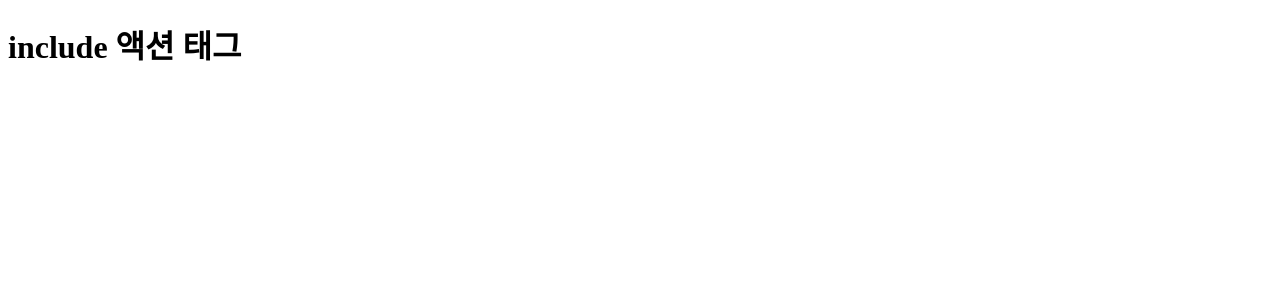
Repository: CheolHo-0428/JSP-Web-Programming
Page: http://localhost/JSPBook/ch04/include.jsp
The author's editor kept a copy of each file at every save. The page is drawn from the files as they stood at one save, then again after a run of saves.
The browser window is 1280 px wide. The pictures show the whole page.
The page is served by Tomcat 9. Other server files are loaded and not shown.

Above is the page before, as saved 2021-05-09 02:03:14.

### JSPBook/src/main/webapp/ch04/include.jsp
<%@ page language="java" contentType="text/html; charset=UTF-8"
    pageEncoding="UTF-8"%>
<!DOCTYPE html>
<html>
<head>
<meta charset="UTF-8">
<title>Action Tag</title>
</head>
<body>
	<h1>include 액션 태그</h1>
</body>
</html>

### JSPBook/src/main/webapp/ch04/include_date.jsp
<%@ page language="java" contentType="text/html; charset=UTF-8"
    pageEncoding="UTF-8"%>
<%@ page import="java.util.Date" %>
<!DOCTYPE html>
<html>
<head>
<meta charset="UTF-8">
<title>Action Tag</title>
</head>
<body>
	<%
		Date day = new Date();
		String LocalDate = day.toLocaleString();
	%>
	<p>오늘의 날짜 및 시간</p>
	<p><%= LocalDate %></p>
</body>
</html>

After the next 2 saves:
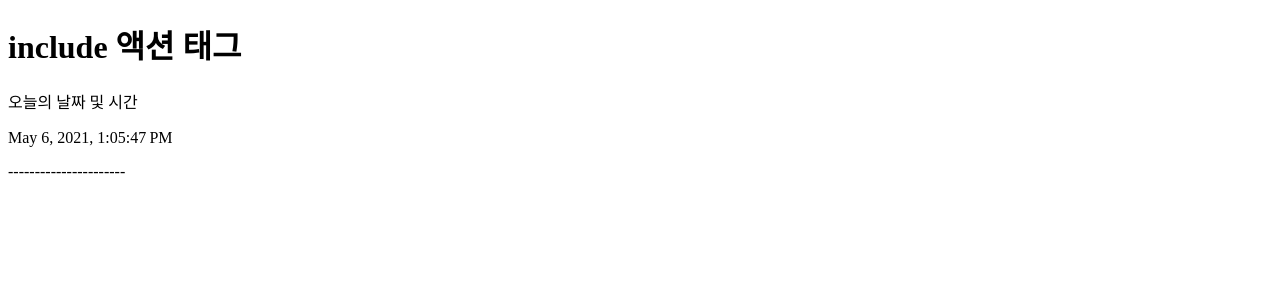
The 2 saves are shown as one change because 1 did not build or start.
The last was saved 91 s later.
--- a/JSPBook/src/main/webapp/ch04/include.jsp
+++ b/JSPBook/src/main/webapp/ch04/include.jsp
@@ -8,5 +8,7 @@
 </head>
 <body>
 	<h1>include 액션 태그</h1>
+	<jsp:include page="include_date.jsp" flush="false"></jsp:include>
+	<p>----------------------</p>
 </body>
 </html>
